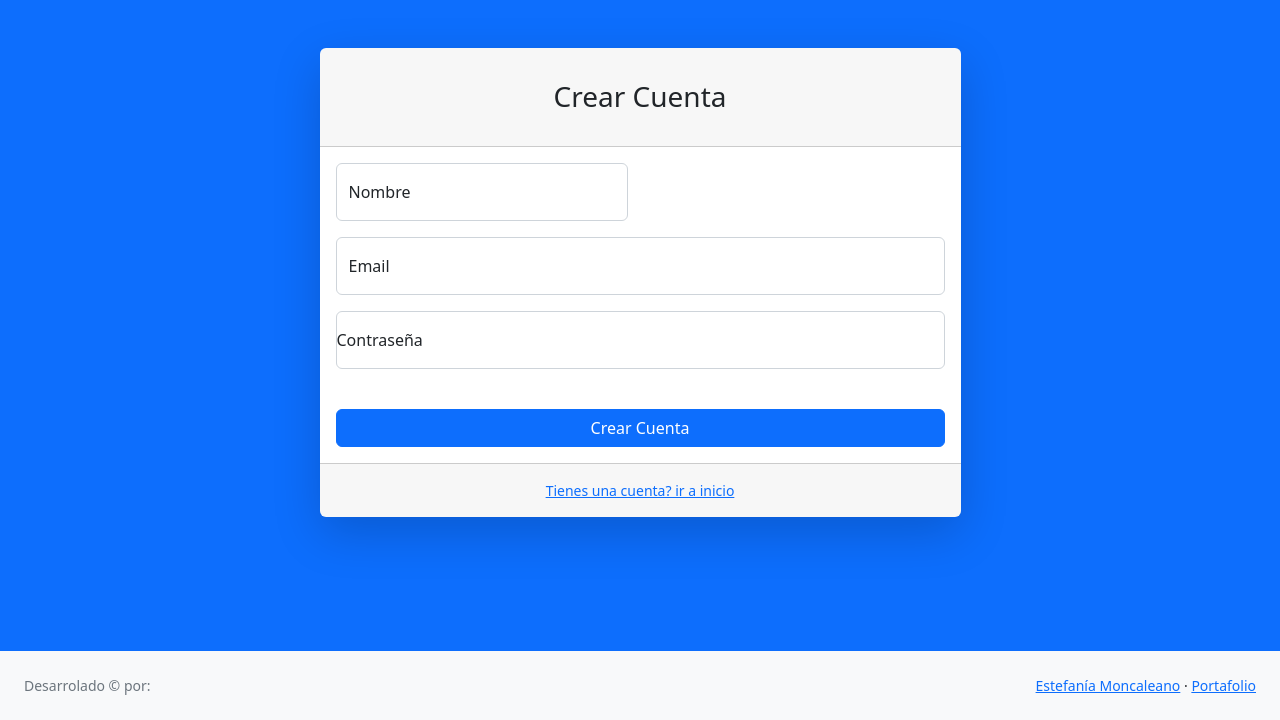
Repository: EstefaMH/Dashboard
Page: register.html
These files come from the project's save history. The page is drawn as it stood at one moment and after the next save; the edit follows.
The browser window is 1280 px wide. The pictures show the whole page.
Some web libraries are served in a nearby version.

Above is the page before, as saved 2023-12-29 02:42:22.

### register.html
<!DOCTYPE html>
<html lang="en">

<head>
    <meta charset="utf-8" />
    <meta http-equiv="X-UA-Compatible" content="IE=edge" />
    <meta name="viewport" content="width=device-width, initial-scale=1, shrink-to-fit=no" />
    <meta name="description" content="" />
    <meta name="author" content="" />
    <title>Registro - Admin</title>
    <link href="styles/styles.css" rel="stylesheet" />
    <script src="https://use.fontawesome.com/releases/v6.3.0/js/all.js" crossorigin="anonymous"></script>
</head>

<body class="bg-primary">
    <div id="layoutAuthentication">
        <div id="layoutAuthentication_content">
            <main>
                <div class="container">
                    <div class="row justify-content-center">
                        <div class="col-lg-7">
                            <div class="card shadow-lg border-0 rounded-lg mt-5">
                                <div class="card-header">
                                    <h3 class="text-center font-weight-light my-4">Crear Cuenta</h3>
                                </div>
                                <div class="card-body">
                                    <form class="form_register" id="form_register" name="form_register"
                                        onsubmit="submitFormRegister()">
                                        <div class="row mb-3">
                                            <div class="col-md-6">
                                                <div class="form-floating mb-3 mb-md-0">
                                                    <input required name="userName" class="form-control"
                                                        id="inputFirstName" type="text"
                                                        placeholder="Enter your first name" />
                                                    <label for="inputFirstName">Nombre</label>
                                                </div>
                                            </div>

                                        </div>
                                        <div class="form-floating mb-3">
                                            <input required name="email" class="form-control" id="inputEmail"
                                                type="email" placeholder="name@example.com" />
                                            <label for="inputEmail">Email </label>
                                        </div>
                                        <div class="row mb-3">

                                            <div class="form-floating mb-3 ">
                                                <input name="password" class="form-control" id="inputPassword"
                                                    type="password" placeholder="Create a password" />
                                                <label for="inputPassword">Contraseña</label>
                                            </div>


                                        </div>
                                        <div class="mt-4 mb-0">
                                            <div class="d-grid">
                                                <button class="btn btn-primary btn-block">Crear
                                                    Cuenta
                                                </button>
                                            </div>
                                        </div>
                                    </form>
                                </div>
                                <div class="card-footer text-center py-3">
                                    <div class="small"><a href="dashboard.html">Tienes una cuenta? ir a inicio</a></div>
                                </div>
                            </div>
                        </div>
                    </div>
                </div>
            </main>
        </div>
        <div id="layoutAuthentication_footer">
            <footer-component></footer-component>
        </div>
    </div>
    <script src="https://cdn.jsdelivr.net/npm/bootstrap@5.2.3/dist/js/bootstrap.bundle.min.js"
        crossorigin="anonymous"></script>
    <script src="js/scripts.js"></script>
    <script src="components/Footer.js"></script>
    <script src="functions/Auth/Register.js"></script>
    <script src="services/POST/postAdmin.js"></script>
    <script src="handlers/Register.js"></script>
    <script src="models/Admin.js"></script>
</body>

</html>

### js/scripts.js
/*!
    * Start Bootstrap - SB Admin v7.0.7 (https://startbootstrap.com/template/sb-admin)
    * Copyright 2013-2023 Start Bootstrap
    * Licensed under MIT (https://github.com/StartBootstrap/startbootstrap-sb-admin/blob/master/LICENSE)
    */
    //
// Scripts
//

window.addEventListener('DOMContentLoaded', event => {

    // Toggle the side navigation
    const sidebarToggle = document.body.querySelector('#sidebarToggle');
    if (sidebarToggle) {
        // Uncomment Below to persist sidebar toggle between refreshes
        // if (localStorage.getItem('sb|sidebar-toggle') === 'true') {
        //     document.body.classList.toggle('sb-sidenav-toggled');
        // }
        sidebarToggle.addEventListener('click', event => {
            event.preventDefault();
            document.body.classList.toggle('sb-sidenav-toggled');
            localStorage.setItem('sb|sidebar-toggle', document.body.classList.contains('sb-sidenav-toggled'));
        });
    }

});

### components/Footer.js
class FooterComponent extends HTMLElement {

    constructor() {
        super();
        this.render();
    }

    render() {
        this.innerHTML =
            `
            <footer class="py-4 bg-light mt-auto">
                <div class="container-fluid px-4">
                    <div class="d-flex align-items-center justify-content-between small">
                        <div class="text-muted">Desarrolado &copy; por: </div>
                        <div>
                            <a href="https://www.linkedin.com/in/estefan%C3%ADa-moncaleano">Estefanía Moncaleano</a>
                            &middot;
                            <a href="https://portafolio-react-og8w6l76g-estefamh.vercel.app/skills">Portafolio </a>
                        </div>
                    </div>
                </div>
            </footer>
                `
    }
}

customElements.define("footer-component", FooterComponent);

### functions/Auth/Register.js
async function submitFormRegister() {

    const admin = new Admin();

    let form = new FormData(form_register)
    console.log(form);
    const jsonData = {};

    form.forEach((value, key) => {
      jsonData[key] = value;
    });

    admin.userName = jsonData['userName'];
    admin.email = jsonData['email'];
    admin.password = jsonData['password'];

    postAdmin(admin.userName,admin.password , admin.email)
    handleRegister()
  }

### services/POST/postAdmin.js
async function postAdmin(userName, password, email) {

    try {

        const baseUrl = "http://localhost:3000";

        const data = { userName, password, email }

        const headers = {

            method: "POST",
            headers: {
                "Content-Type": "application/json",
            },
            body: JSON.stringify(data),

        }

        const response = await fetch(`${baseUrl}/admin`, headers);

        return response.status;


    } catch (error) {
        console.error("Error:", error);
    }


}

### handlers/Register.js


const handleRegister = () => {
    document.getElementById("form_register")
    .action = "index.html"
}

### models/Admin.js
class Admin {

    constructor(userName, email, password) {
        this.userName = userName;
        this.email = email;
        this.password = password;
    }

    setUser(userName, email, password) {
        localStorage.setItem("userName", userName);
        localStorage.setItem("email", email);
        localStorage.setItem("password", password);
    }

    removeUser() {
        localStorage.removeItem("userName");
        localStorage.removeItem("email");
        localStorage.removeItem("password");

        location.href = ("login.html");
    }


    async findUser(email) {


        let response = getAdmin().then((data) => {

            console.log(data)
            let adminData = data.find(admin => admin.email === email);
            console.log(adminData)

            return adminData;

        })
            .catch(error => {
                console.error('Error en la solicitud:', error);
            });

        return response;
    }

    async validationCredentialsUser(emailForm, passwordForm) {

        let user = await this.findUser(emailForm);
        console.log(user);

        if (user == undefined) {

            Swal.fire({
                title: "Usuario no encontrado",
                text: "Verifica tu email o registrate",
                icon: "warning",
                showCancelButton: true,
                confirmButtonText: "Registrarme",
                cancelButtonText: "Cancelar",
                reverseButtons: true
            }).then((result) => {
                if (result.isConfirmed) {
                    location.href = "register.html";
                }
            });
        }


        let { userName, password, email } = user


        if (emailForm != email) {

            Swal.fire({
                title: "Credenciales incorrectas",
                text: "El email ingresado es incorrecto",
                icon: "error"
            });

        } else if (passwordForm != password) {
            Swal.fire({
                title: "Credenciales incorrectas",
                text: "La contraseña ingresada es incorrecta",
                icon: "error"
            });

        } else {
            location.href = "dashboard.html";
            this.setUser(userName, email, password)
        }
    }

}

Loaded but not shown: styles/styles.css (library)

After the next save:
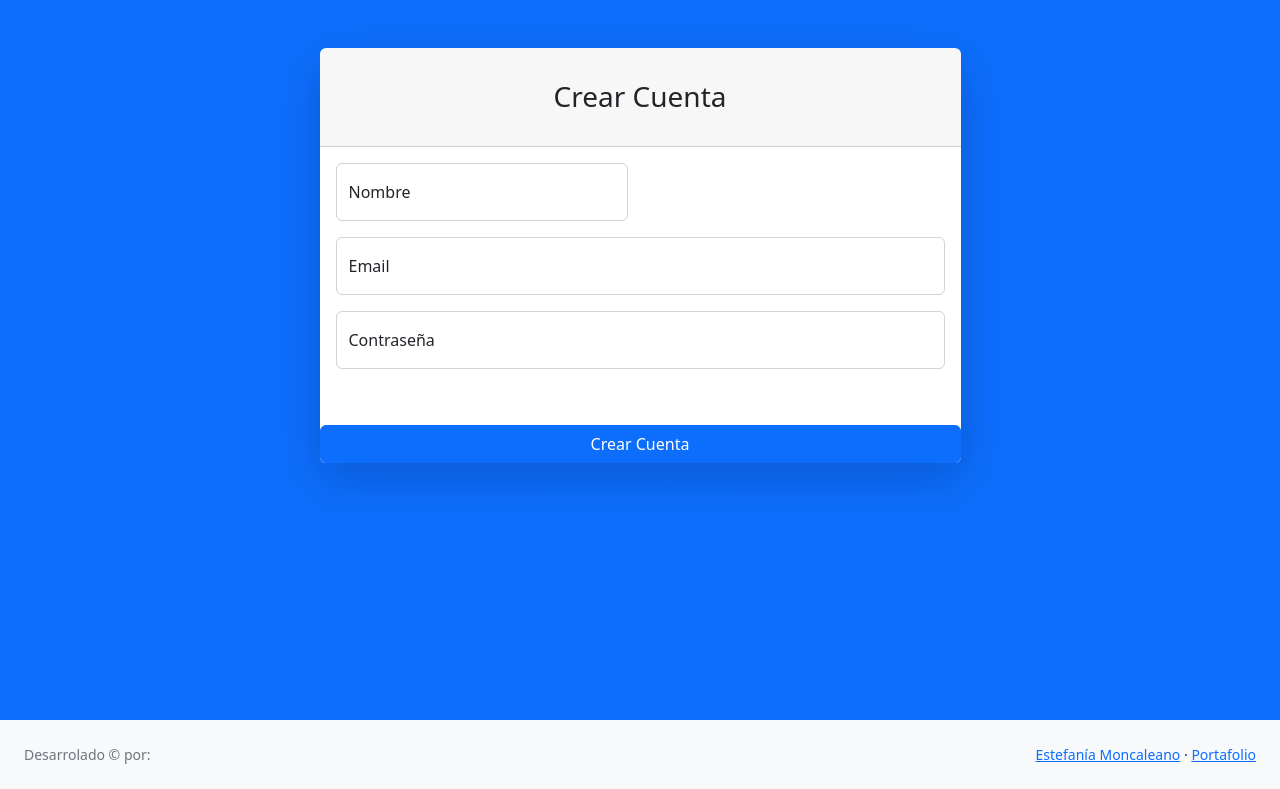
Saved 28 s later.
--- a/register.html
+++ b/register.html
@@ -42,7 +42,7 @@
                                                 type="email" placeholder="name@example.com" />
                                             <label for="inputEmail">Email </label>
                                         </div>
-                                        <div class="row mb-3">
+
 
                                             <div class="form-floating mb-3 ">
                                                 <input name="password" class="form-control" id="inputPassword"
